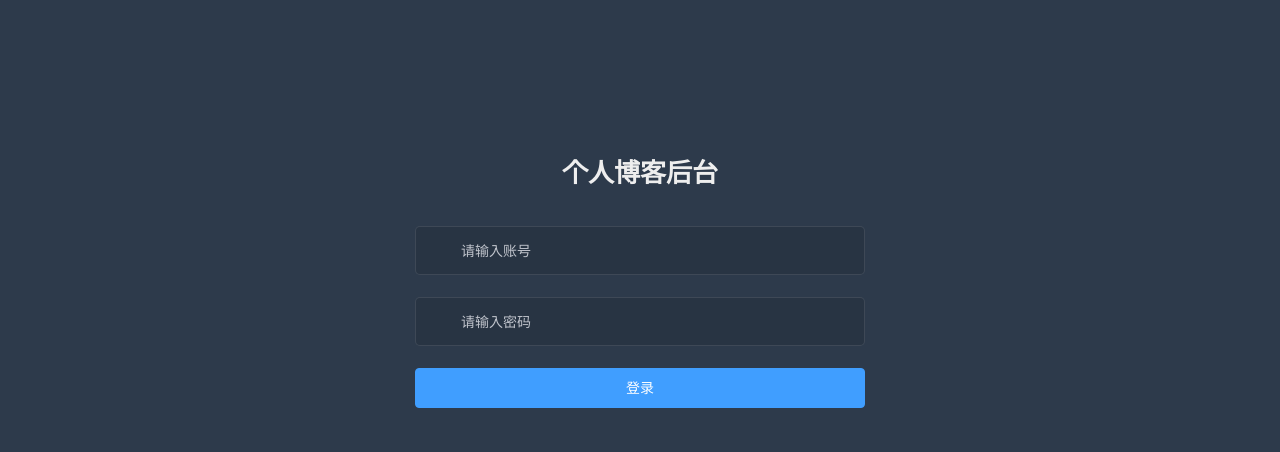
Repository: coWhy/blog-admin
Page: /#/login
These files come from the project's save history. The page is drawn as it stood at one moment and after the next save; the edit follows.
The browser window is 1280 px wide. The pictures show the whole page.
The page's requests for data from a server got no answer. The project was rebuilt for these pictures with package versions that can differ from the ones it lists, and the page was loaded fresh each time. No one was signed in, and anything a server would have sent is missing. Also part of the build but not shown: vue.config.js.

Above is the page before, as saved 2020-04-27 04:08:46.

### public/index.html
<!DOCTYPE html>
<html lang="en">
  <head>
    <meta charset="utf-8">
    <meta http-equiv="X-UA-Compatible" content="IE=edge">
    <meta name="viewport" content="width=device-width,initial-scale=1.0">
    <link rel="icon" href="<%= BASE_URL %>favicon.ico">
    <title><%= htmlWebpackPlugin.options.title %></title>
    <script type="text/javascript" src="./live2dw/lib/L2Dwidget.min.js"></script>
  </head>
  <body>
    <noscript>
      <strong>We're sorry but <%= htmlWebpackPlugin.options.title %> doesn't work properly without JavaScript enabled. Please enable it to continue.</strong>
    </noscript>
    <div id="app"></div>
    <!-- built files will be auto injected -->
  </body>
</html>

### src/main.js
import Vue from 'vue'
import App from './App.vue'
import router from './router'
import store from './store'
// 全局配置样式
import '@/assets/scss/reset.scss'
// 引入icon库
import '@/assets/font-awesome-4.7.0/css/font-awesome.css'
Vue.config.productionTip = false
// 第三方包
import ElementUI from 'element-ui'
import 'element-ui/lib/theme-chalk/index.css'
// 自定义注册全局插件
import http from '@/utils/http' // 自定义全局axios
Vue.use(ElementUI)
Vue.use(http)

new Vue({
  router,
  store,
  render: h => h(App)
}).$mount('#app')

### src/router/index.js
import Vue from 'vue'
import VueRouter from 'vue-router'
//当我们重复点击路由导航菜单的时候控制台会报错，错误的缘由是因为 vue-router 版本太新 解决办法
const originalPush = VueRouter.prototype.push
VueRouter.prototype.push = function push(location) {
  return originalPush.call(this, location).catch(err => err)
}
Vue.use(VueRouter)

const routes = [
  {
    path: '/login',
    name: 'login',
    component: () => import('@/views/login/index')
  },
  {
    path: '/',
    component: () => import('@/views/layout'),
    children: [
      {
        path: '/home',
        name: 'home',
        component: () => import('@/views/home')
      },
      {
        path: '/user',
        name: 'user',
        component: () => import('@/views/user')
      },
      {
        path: '/type',
        name: 'type',
        component: () => import('@/views/type')
      }
    ]
  }
]

const router = new VueRouter({
  routes
})

export default router

### src/store/index.js
import Vue from 'vue'
import Vuex from 'vuex'
import tag from './modules/tag'
import user from './modules/user'
Vue.use(Vuex)

export default new Vuex.Store({
  state: {},
  mutations: {},
  actions: {},
  modules: {
    tag,
    user
  }
})

### src/utils/http.js
// 自定义开发插件
import axios from 'axios'
import { getAccessToken } from '@/utils/auth'
import { MessageBox, Message } from 'element-ui'
const MyHttpServer = {}

MyHttpServer.install = Vue => {
  // 基准地址
  axios.defaults.baseURL = process.env.VUE_APP_BASE_API
  axios.defaults.timeout = 3000
  // 添加请求拦截器 token拦截
  axios.interceptors.request.use(
    config => {
      // 从cookie中拿出登录时候存放的访问token
      const accessToken = getAccessToken()
      if (accessToken) {
        config.headers['Authorization'] = accessToken
      }
      return config
    },
    error => {
      return Promise.reject(error)
    }
  )
  // 响应拦截
  axios.interceptors.response.use(
    response => {
      //  此处对不同状态码 进行不同的操作 比如404 跳转页面等
      const res = response.data
      // 假如访问不成功 就返回错误信息给前端 后端访问成功码为 0
      if (res.code && res.code !== 0) {
        Message({
          message: res.msg || '访问错误',
          type: 'error',
          duration: 5 * 1000
        })
      }

      return res
    },
    error => {
      return Promise.reject(error)
    }
  )
  Vue.prototype.$http = axios
}
export default MyHttpServer

### src/assets/scss/_variable.scss
// 全局配置样式 修改主题颜色
$theme-color: #33aef0;

// header部分
$header-bg-color:#626e85  // 头部背景色

### src/views/login/index.vue
<template>
  <div class="login-container">
    <el-form
      ref="loginForm"
      :model="loginForm"
      :rules="loginRules"
      class="login-form"
      auto-complete="on"
      label-position="left"
    >
      <div class="title-container">
        <h3 class="title">个人博客后台</h3>
      </div>

      <el-form-item prop="username">
        <span class="svg-container">
          <svg-icon icon-class="user" />
        </span>
        <el-input
          ref="username"
          v-model="loginForm.username"
          placeholder="请输入账号"
          name="username"
          type="text"
          tabindex="1"
          auto-complete="on"
        />
      </el-form-item>

      <el-form-item prop="password">
        <span class="svg-container">
          <svg-icon icon-class="password" />
        </span>
        <el-input
          :key="passwordType"
          ref="password"
          v-model="loginForm.password"
          :type="passwordType"
          placeholder="请输入密码"
          name="password"
          tabindex="2"
          auto-complete="on"
          @keyup.enter.native="handleLogin"
        />
        <span class="show-pwd" @click="showPwd">
          <svg-icon
            :icon-class="passwordType === 'password' ? 'eye' : 'eye-open'"
          />
        </span>
      </el-form-item>

      <el-button
        :loading="loading"
        type="primary"
        style="width:100%;margin-bottom:30px;"
        @click.native.prevent="handleLogin"
        >登录</el-button
      >
    </el-form>
  </div>
</template>

<script>
import { validUsername } from '@/utils/validate'

export default {
  name: 'Login',
  data() {
    const validateUsername = (rule, value, callback) => {
      if (!validUsername(value)) {
        callback(new Error('请输入用户名'))
      } else {
        callback()
      }
    }
    const validatePassword = (rule, value, callback) => {
      if (value.length < 5) {
        callback(new Error('密码不能小于5位数'))
      } else {
        callback()
      }
    }
    return {
      loginForm: {
        username: '',
        password: ''
      },
      loginRules: {
        username: [
          { required: true, trigger: 'blur', validator: validateUsername }
        ],
        password: [
          { required: true, trigger: 'blur', validator: validatePassword }
        ]
      },
      loading: false,
      passwordType: 'password',
      redirect: undefined
    }
  },
  watch: {
    $route: {
      handler: function(route) {
        this.redirect = route.query && route.query.redirect
      },
      immediate: true
    }
  },
  methods: {
    showPwd() {
      if (this.passwordType === 'password') {
        this.passwordType = ''
      } else {
        this.passwordType = 'password'
      }
      this.$nextTick(() => {
        this.$refs.password.focus()
      })
    },
    handleLogin() {}
  }
}
</script>

<style lang="scss">
/* 修复input 背景不协调 和光标变色 */
/* Detail see https://github.com/PanJiaChen/vue-element-admin/pull/927 */

$bg: #283443;
$light_gray: #fff;
$cursor: #fff;

@supports (-webkit-mask: none) and (not (cater-color: $cursor)) {
  .login-container .el-input input {
    color: $cursor;
  }
}

/* reset element-ui css */
.login-container {
  .el-input {
    display: inline-block;
    height: 47px;
    width: 85%;

    input {
      background: transparent;
      border: 0px;
      -webkit-appearance: none;
      border-radius: 0px;
      padding: 12px 5px 12px 15px;
      color: $light_gray;
      height: 47px;
      caret-color: $cursor;

      &:-webkit-autofill {
        box-shadow: 0 0 0px 1000px $bg inset !important;
        -webkit-text-fill-color: $cursor !important;
      }
    }
  }

  .el-form-item {
    border: 1px solid rgba(255, 255, 255, 0.1);
    background: rgba(0, 0, 0, 0.1);
    border-radius: 5px;
    color: #454545;
  }
}
</style>

<style lang="scss" scoped>
$bg: #2d3a4b;
$dark_gray: #889aa4;
$light_gray: #eee;

.login-container {
  min-height: 100%;
  width: 100%;
  background-color: $bg;
  overflow: hidden;

  .login-form {
    position: relative;
    width: 520px;
    max-width: 100%;
    padding: 160px 35px 0;
    margin: 0 auto;
    overflow: hidden;
  }

  .tips {
    font-size: 14px;
    color: #fff;
    margin-bottom: 10px;

    span {
      &:first-of-type {
        margin-right: 16px;
      }
    }
  }

  .svg-container {
    padding: 6px 5px 6px 15px;
    color: $dark_gray;
    vertical-align: middle;
    width: 30px;
    display: inline-block;
  }

  .title-container {
    position: relative;

    .title {
      font-size: 26px;
      color: $light_gray;
      margin: 0px auto 40px auto;
      text-align: center;
      font-weight: bold;
    }
  }

  .show-pwd {
    position: absolute;
    right: 10px;
    top: 7px;
    font-size: 16px;
    color: $dark_gray;
    cursor: pointer;
    user-select: none;
  }
}
</style>

### src/store/modules/tag.js
export default {
  state: {
    isCollapse: false, // 是否折叠菜单 默认展开
    menuList: [], // 菜单列表
    curMenu: null, // 点击选中的菜单
    tagList: [
      // 首页是不可关闭的
      {
        path: '/',
        name: 'home',
        title: '首页',
        icon: 'el-icon-s-home'
      }
    ] // 存放tags 点击后 就存到里面去
  },
  mutations: {
    /**
     * 将选中的menu赋值 给curMenu
     * @param {*} state
     * @param {*} selectedMenu 点击选中的菜单
     */
    getSelectedMenu(state, selectedMenu) {
      if (selectedMenu.name !== 'home') {
        state.curMenu = selectedMenu
        let result = state.tagList.findIndex(
          item => item.name === selectedMenu.name
        )
        if (result === -1) {
          // 没找到这个tag 就放进tagList
          state.tagList.push(selectedMenu)
        }
      } else {
        state.curMenu = null
      }
    },
    /**
     * 关闭已经打开的菜单
     * @param {*} state
     * @param {*} selectedTag 打开的菜单
     */
    closeSelectedTag(state, selectedTag) {
      let result = state.tagList.findIndex(
        item => item.name === selectedTag.name
      )
      state.tagList.splice(result, 1)
    },
    // 关闭 或 展开左侧菜单栏
    collapseAsideMenu(state) {
      state.isCollapse = !state.isCollapse
    }
  },
  actions: {}
}

### src/store/modules/user.js
import cookie from 'js-cookie'
export default {
  state: {
    accessToken: '', // 访问token
    refreshToken: '', // 刷新token
    username: '', // 用户名
    avatar: '' // 头像
  },
  mutations: {
    // 保存accessToken使用
    setAccessToken(state, accessToken) {
      state.accessToken = accessToken
      cookie.set('accessToken', accessToken)
    },
    getAccessToken(state) {
      state.accessToken = cookie.get('accessToken')
    },
    // 保存 refreshToken
    setRefreshToken(state, refreshToken) {
      state.refreshToken = refreshToken
      cookie.set('refreshToken', refreshToken)
    },
    getRefreshToken(state) {
      state.refreshToken = cookie.get('refreshToken')
    },
    // 保存用户名
    setUsername(state, username) {
      state.username = username
      cookie.set('username', username)
    },
    getUsername(state) {
      state.username = cookie.get('username')
    },
    //保存头像
    setAvatar(state, avatar) {
      state.avatar = avatar
      cookie.set('avatar', avatar)
    },
    getAvatar(state) {
      state.avatar = cookie.get('avatar')
    },
    // 清除tokens 退出时候使用
    clearTokens(state) {
      state.accessToken = ''
      state.refreshToken = ''
      state.username = ''
      state.refreshToken = ''
      cookie.remove('accessToken')
      cookie.remove('refreshToken')
      cookie.remove('username')
      cookie.remove('avatar')
    }
  }
}

### src/utils/auth.js
import cookie from 'js-cookie'
// 获取访问token
export function getAccessToken() {
  return cookie.get('accessToken')
}

Loaded but not shown: src/App.vue (common file); src/assets/scss/reset.scss (common file); src/assets/font-awesome-4.7.0/css/font-awesome.css (library); src/utils/validate.js (common file); public/live2dw/lib/L2Dwidget.min.js (library)

After the next save:
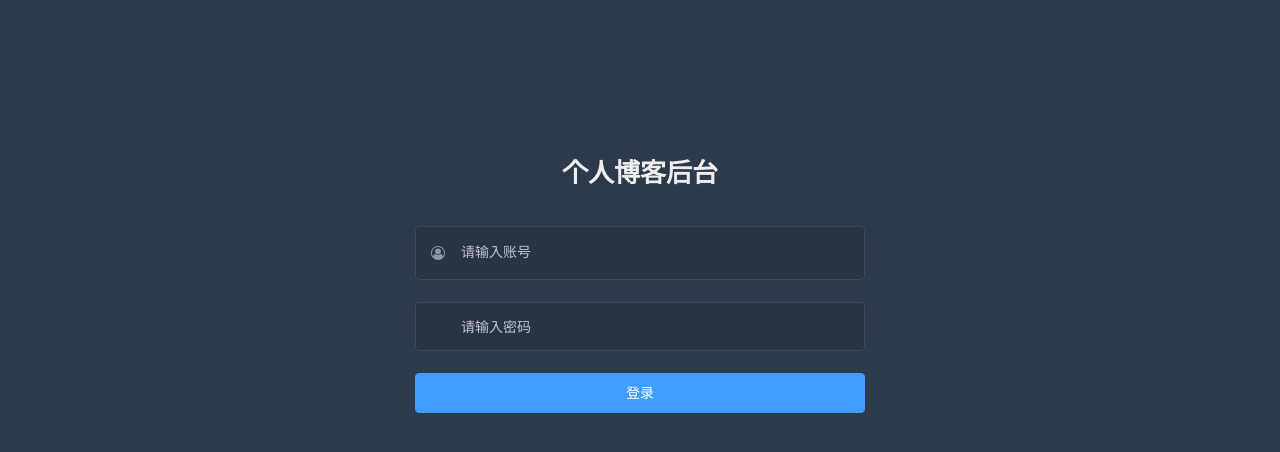
Saved 73 s later.
--- a/src/views/login/index.vue
+++ b/src/views/login/index.vue
@@ -14,7 +14,7 @@
 
       <el-form-item prop="username">
         <span class="svg-container">
-          <svg-icon icon-class="user" />
+          <i class="fa fa-user-circle-o" aria-hidden="true"></i>
         </span>
         <el-input
           ref="username"
